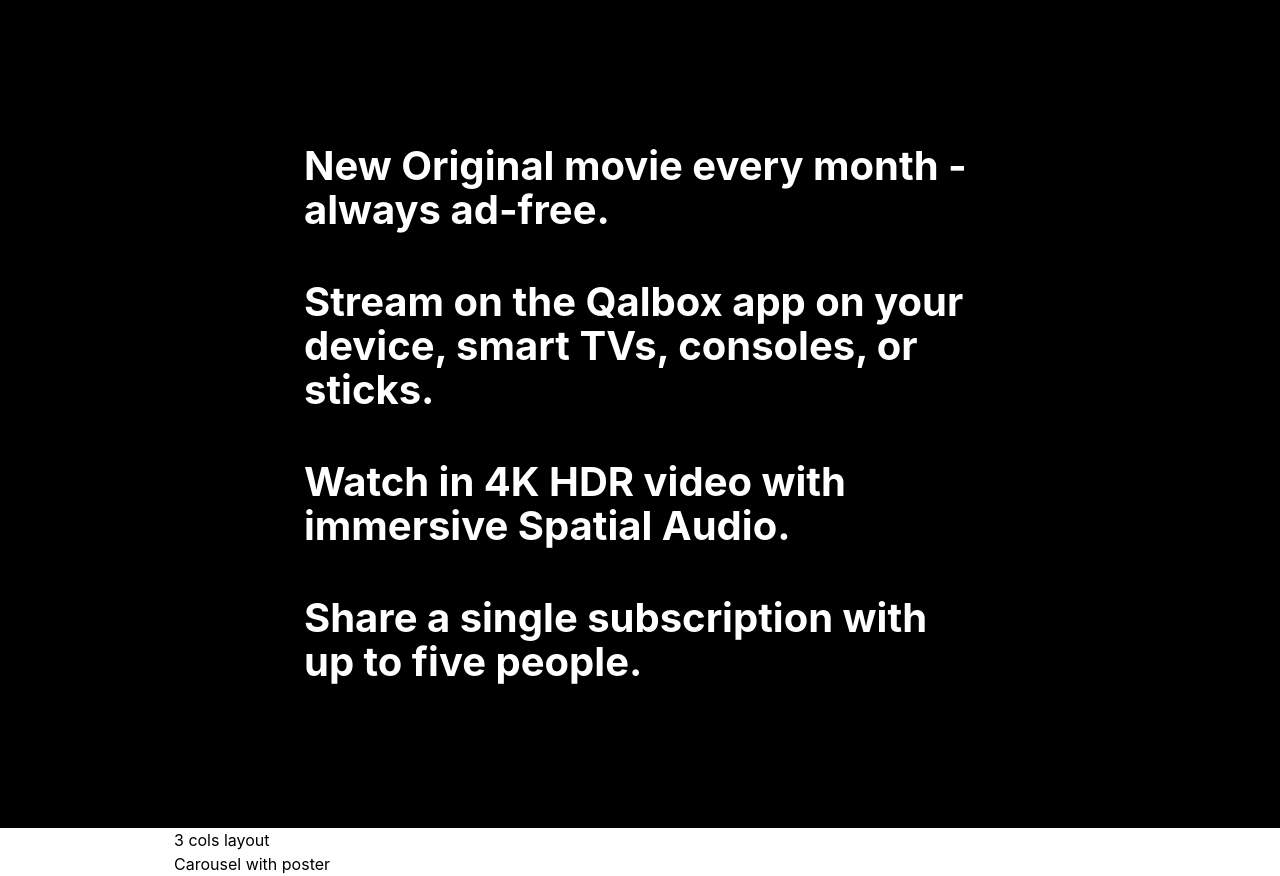
Repository: iqmalr/qalbox-rebuild
Page: /
The author's editor kept a copy of each file at every save. The page is drawn from the files as they stood at one save, then again after the next save.
The browser window is 1280 px wide. The pictures show the part of the page from y = 720 to 1596 px (the page is 1596 px tall before and 1552 px after).
Some web fonts or font styles are not loaded; a fallback is used. The project was rebuilt for these pictures with package versions that can differ from the ones it lists, and the page was loaded fresh each time. Also part of the build but not shown: vite.config.ts. Imported but missing from the stored project, and not drawn on this page: src/assets/Hero.mp4.

Above is the page before, as saved 2024-09-16 13:57:38.

After the next save:
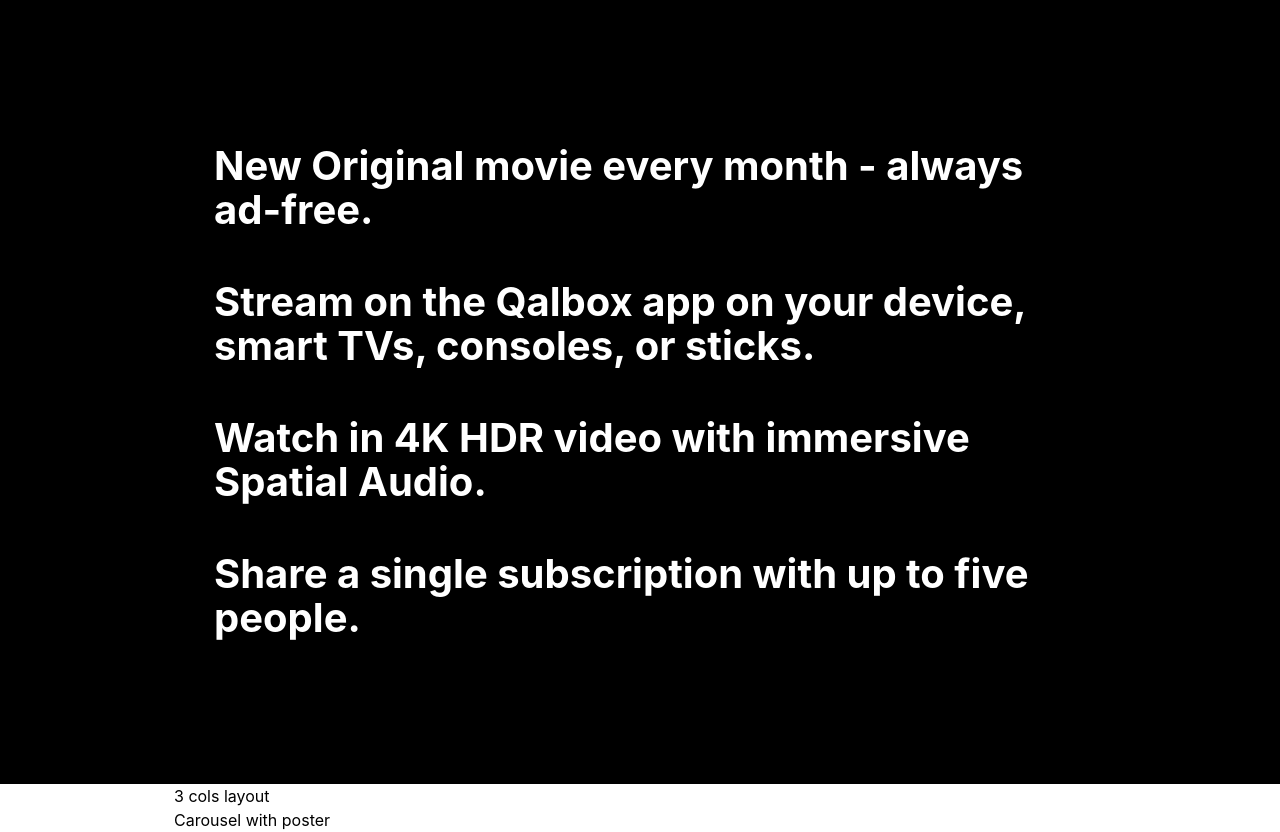
Saved 13 s later.
--- a/src/components/sections/USPS.tsx
+++ b/src/components/sections/USPS.tsx
@@ -2,7 +2,7 @@
 
 export const USPS = () => {
   return (
-    <CustomContainer className="max-w-[720px] space-y-12 py-36 font-bold text-white">
+    <CustomContainer className="max-w-[900px] space-y-12 py-36 font-bold text-white">
       <p className="text-40">
         New Original movie every month - always ad-free.
       </p>

After the 2 saves that followed:
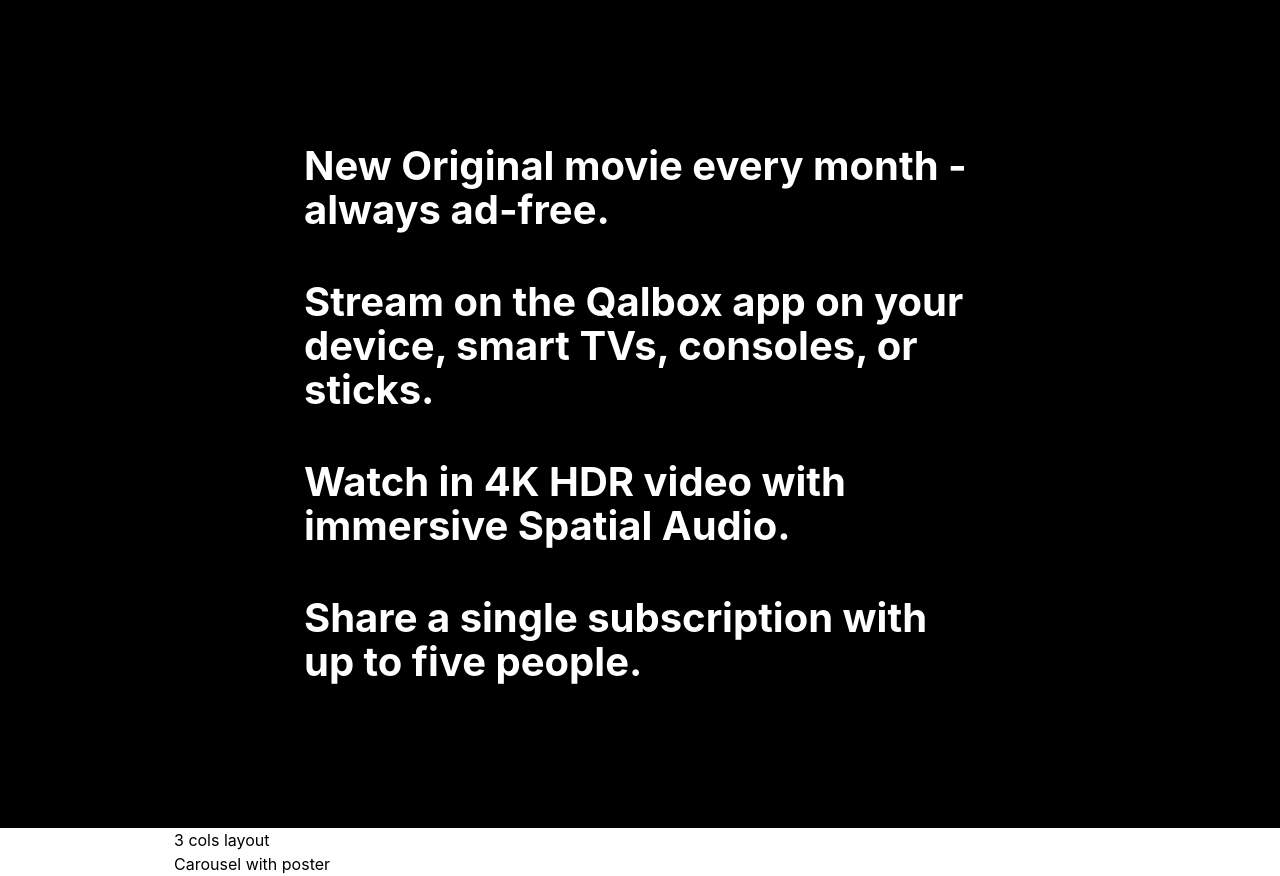
The 2 saves are shown as one change because they came seconds apart.
The last was saved 6 s later.
--- a/src/components/sections/USPS.tsx
+++ b/src/components/sections/USPS.tsx
@@ -2,7 +2,7 @@
 
 export const USPS = () => {
   return (
-    <CustomContainer className="max-w-[900px] space-y-12 py-36 font-bold text-white">
+    <CustomContainer className="max-w-[720px] space-y-12 py-36 font-bold text-white">
       <p className="text-40">
         New Original movie every month - always ad-free.
       </p>
